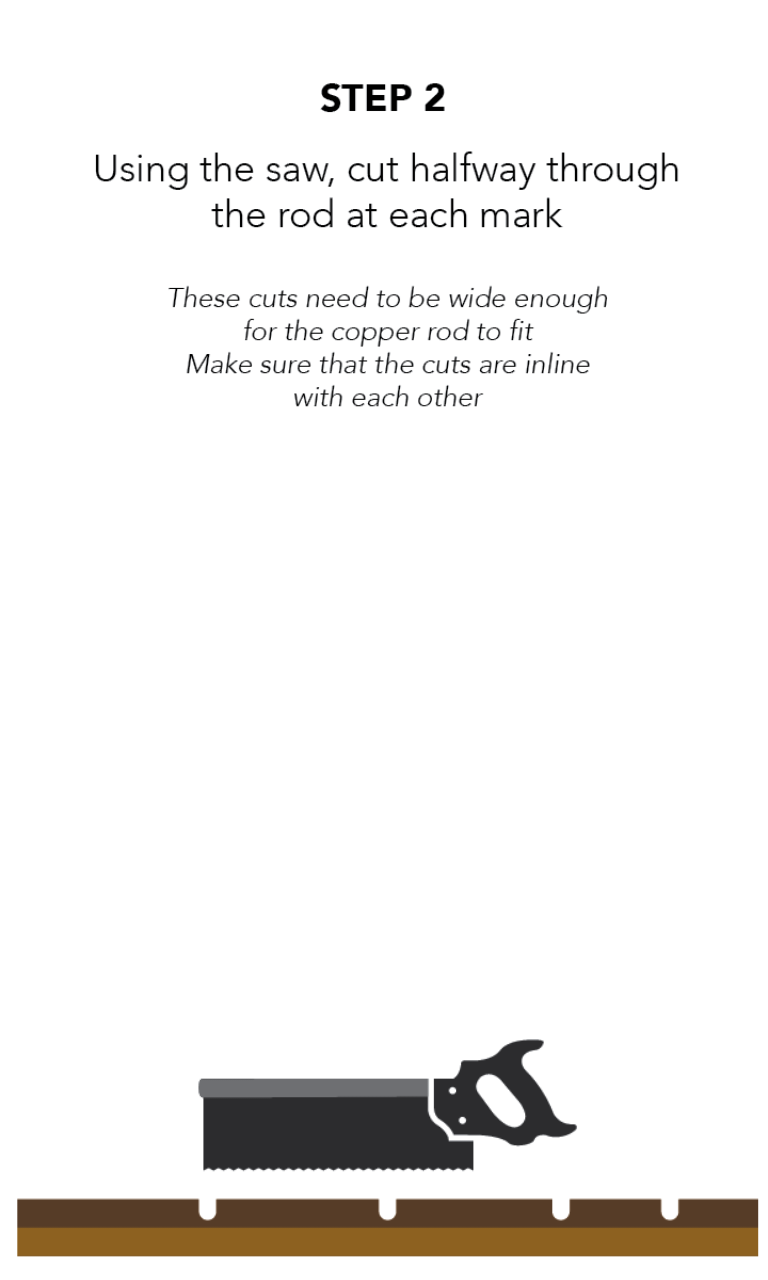
Repository: sbobhate/Android-Applications
Layout: EWBProject/res/layout/fragment_page3.xml
An editor plug-in stored every save of this project. The layout is shown before and after the next save, followed by the edit.
It is drawn on a 768 x 1280 px phone screen (xhdpi) without system bars, with theme AppTheme; the app's code is not run.

Above is the layout before, as saved 2014-02-22 01:00:24.

After the next save:
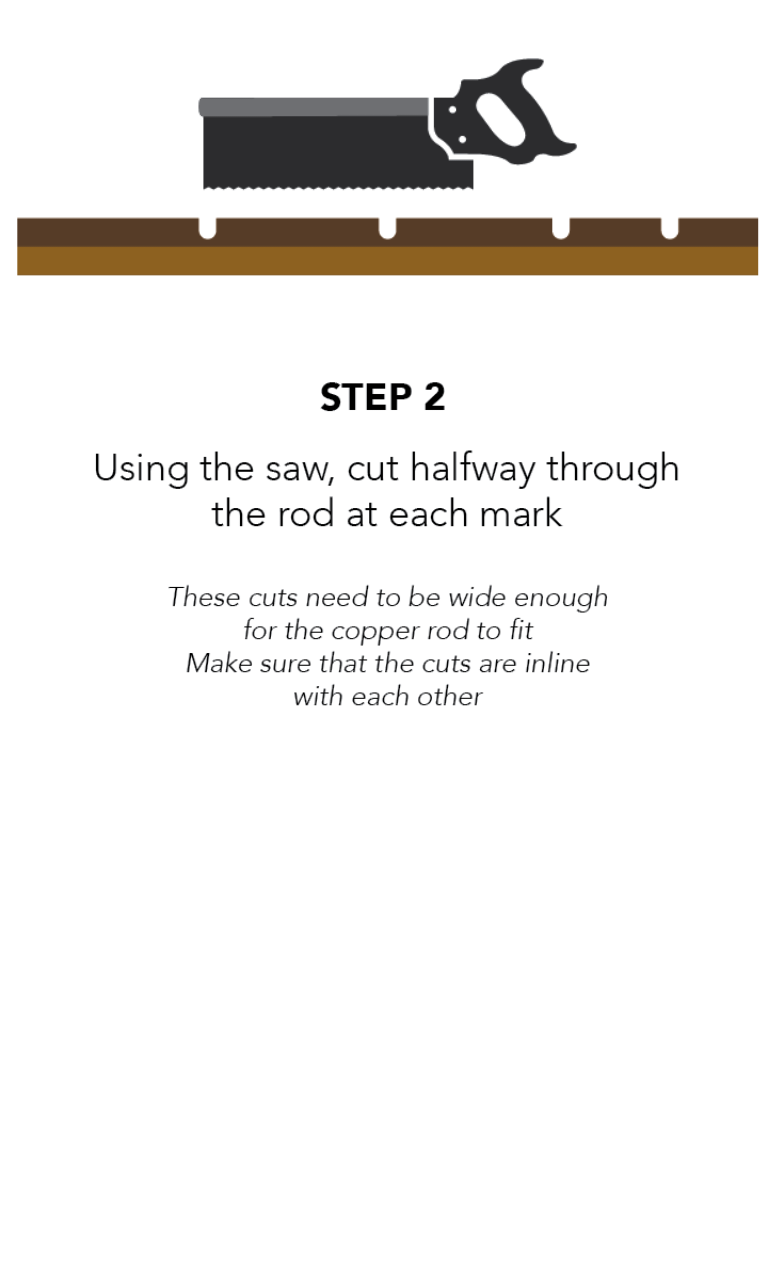
Saved 51 min 49 s later.
--- a/EWBProject/res/layout/fragment_page3.xml
+++ b/EWBProject/res/layout/fragment_page3.xml
@@ -4,21 +4,20 @@
     android:layout_height="match_parent" >
 
     <ImageView
-        android:id="@+id/step2Tutorial"
+        android:id="@+id/step2"
+        android:src="@drawable/step2"
+        android:contentDescription="@string/step2"
         android:layout_width="fill_parent"
         android:layout_height="wrap_content"
-        android:layout_alignParentLeft="true"
-        android:layout_alignParentTop="true"
-        android:contentDescription="@string/step2_tutorial"
-        android:src="@drawable/step2tutorial" />
+        />
 
     <ImageView
-        android:id="@+id/step2"
+        android:id="@+id/step2Tutorial"
+        android:src="@drawable/step2tutorial"
+        android:contentDescription="@string/step2_tutorial"
         android:layout_width="fill_parent"
         android:layout_height="wrap_content"
-        android:layout_alignParentBottom="true"
-        android:layout_alignParentLeft="true"
-        android:contentDescription="@string/step2"
-        android:src="@drawable/step2" />
+        android:layout_below="@+id/step2"
+        />
 
 </RelativeLayout>
